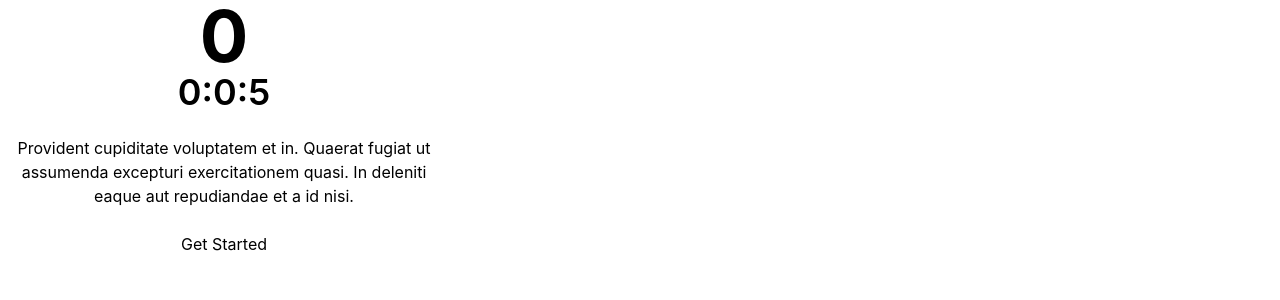
Repository: RahmanRakib9/TwentyOne
Page: /
An editor plug-in stored every save of this project. The page is shown before and after a run of saves, followed by the edit.
The browser window is 1280 px wide. The pictures show the whole page.
The project was rebuilt for these pictures with package versions that can differ from the ones it lists, and the page was loaded fresh each time.

Above is the page before, as saved 2022-10-13 17:46:59.

After the next 7 saves:
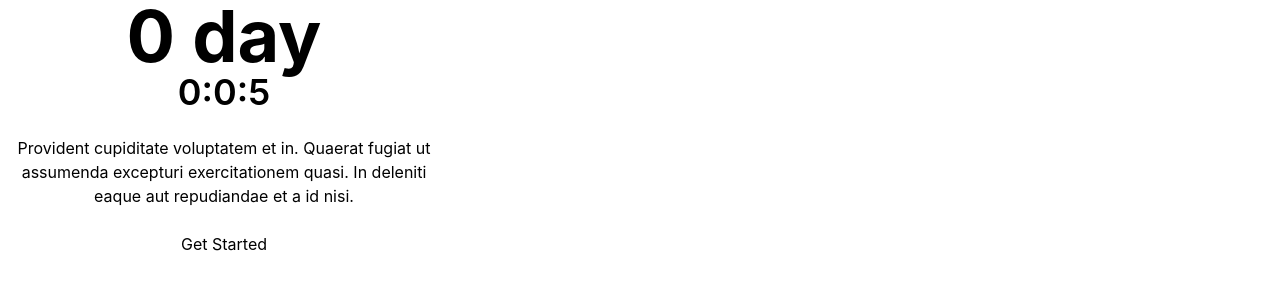
The 7 saves are shown as one change because 1 did not build or start and some came seconds apart.
The last was saved 25 s later.
--- a/src/components/Timer.js
+++ b/src/components/Timer.js
@@ -7,7 +7,9 @@ const Timer = () => {
     <div class="hero min-h-screen bg-base-200">
       <div class="hero-content text-center">
         <div class="max-w-md">
-          <h1 class="text-7xl font-bold">{day} {day>'day'}</h1>
+          <h1 class="text-7xl font-bold">
+            {day} {day > 0 || 1 ? "day" : "days"}
+          </h1>
           <h3 className="text-4xl font-semibold">
             {hour}:{minute}:{second}
           </h3>
